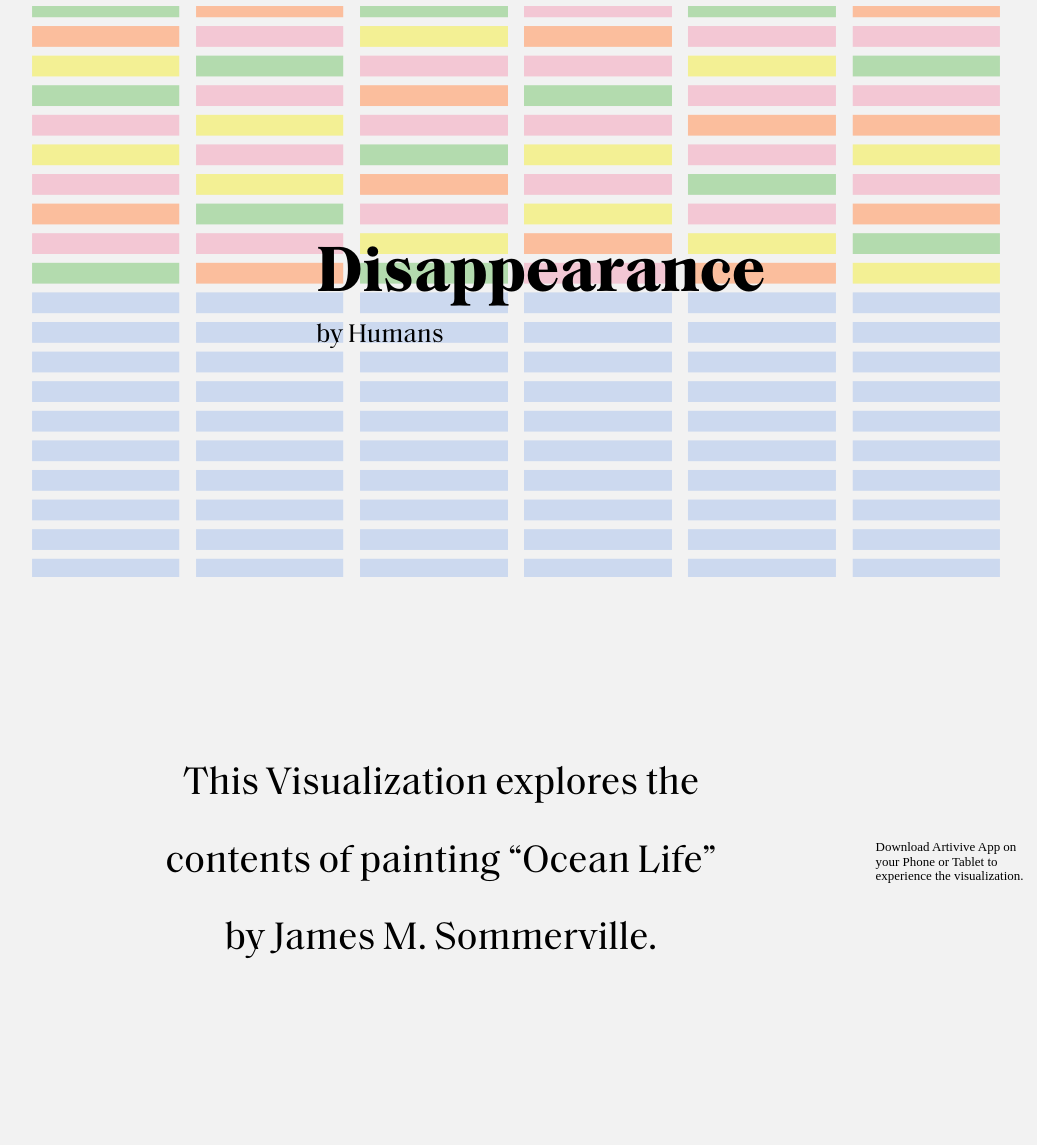
Repository: salonieshah/Major-Studio-1
Page: 4.Disappearance/index.html
The author's editor kept a record of every edit. The page is drawn from the files as they stood at one moment, then again after the next edit.
The browser window is 1280 px wide. The pictures show the part of the page from y = 0 to 1414 px (the page is 2850 px tall), at 81% of full size.
A picture or video elsewhere on the page could not be fetched, so the positions and the page height are approximate. Backgrounds fixed to the window are drawn as part of the page.

Above is the page before.

### 4.Disappearance/index.html
<html>
    <head>
        <link rel="stylesheet" href="styles/styles.css">
    </head>

    <body>
        <header>
            <div id = "cover" class = "fullscreen">
                <p> <span class = "title"> Disappearance </span> <br>
                <span class = "subtitle"> by Humans </span>  </p>
            </div>
        </header>

        <!--<div class = "fullscreen">-->
        <!--    <p class="explanation">-->
        <!--        According to a report published in the journal Current Biology, 87% of the World&rsquo;s Oceans are Dying.-->
        <!--    </p>-->
        <!--</div>-->
        <div>
            <div class = "fullscreen">
                <p class="explanation">
                    This Visualization explores the contents of painting &ldquo;Ocean Life&rdquo; by James M. Sommerville.
                </p>
                <p class = "notes">
                    Download Artivive App on your Phone or Tablet to experience the visualization.
                </p>
            </div>
            <a href="#video"> I don't want to download the app. </a>
        </div>

        <div class = "fullscreen">
            <p>
                Open Artivive App and Point the your camera towards the painting.
            </p>
            <img src="images/Original_Painting.jpg">
        </div>

        <div id = "video" class = "fullscreen">
           <iframe src="https://player.vimeo.com/video/378455260" width="100%" height="80%" frameborder="0" allow="autoplay; fullscreen" allowfullscreen></iframe>
        </div>
    </body>
</html>

### 4.Disappearance/styles/styles.css
body{
  background-color: #F2F2F2;
}

@font-face {
    font-family: "SaolText-Bold";
    src: url("SaolText-Bold.otf") format("opentype");
    font-size: 1em
    }

@font-face {
    font-family: "SaolText-Book";
    src: url("SaolText-Book.otf") format("opentype");
    font-size: 1em
    }


.fullscreen{
  width: 100%;
  height: 100%
}
.fullscreen{
  display: flex;
  justify-content: flex-start;
  flex-direction: row;
  align-items: center;
  justify-content: center;
}


header {
  width: 100%;
  height: 100%;
  padding:5%, 5%;
  background-image: url("../images/abstract.svg");
  background-position: center;
  background-repeat: no-repeat;
  background-attachment: fixed;
  background-size: cover;
  margin: none;
}

.headerStyle {
  display: flex;
  justify-content: flex-start;
  flex-direction: row;
}


.title{
  font-family:  "SaolText-Bold";
  font-size: 5em;
  padding: 5%;
  padding-bottom: 20%
}

.subtitle{
  font-family:  "SaolText-Book";
  font-size: 2em;
  padding: 5%;
  margin-bottom: 10%
}


iframe{
  padding-top: 5%
}

.explanation{
  font-family:  "SaolText-Book";
  font-size: 3em;
  text-align: center;
  padding-left: 15%;
  padding-right: 15%;
  line-height: 2em;
}

After the next edit:
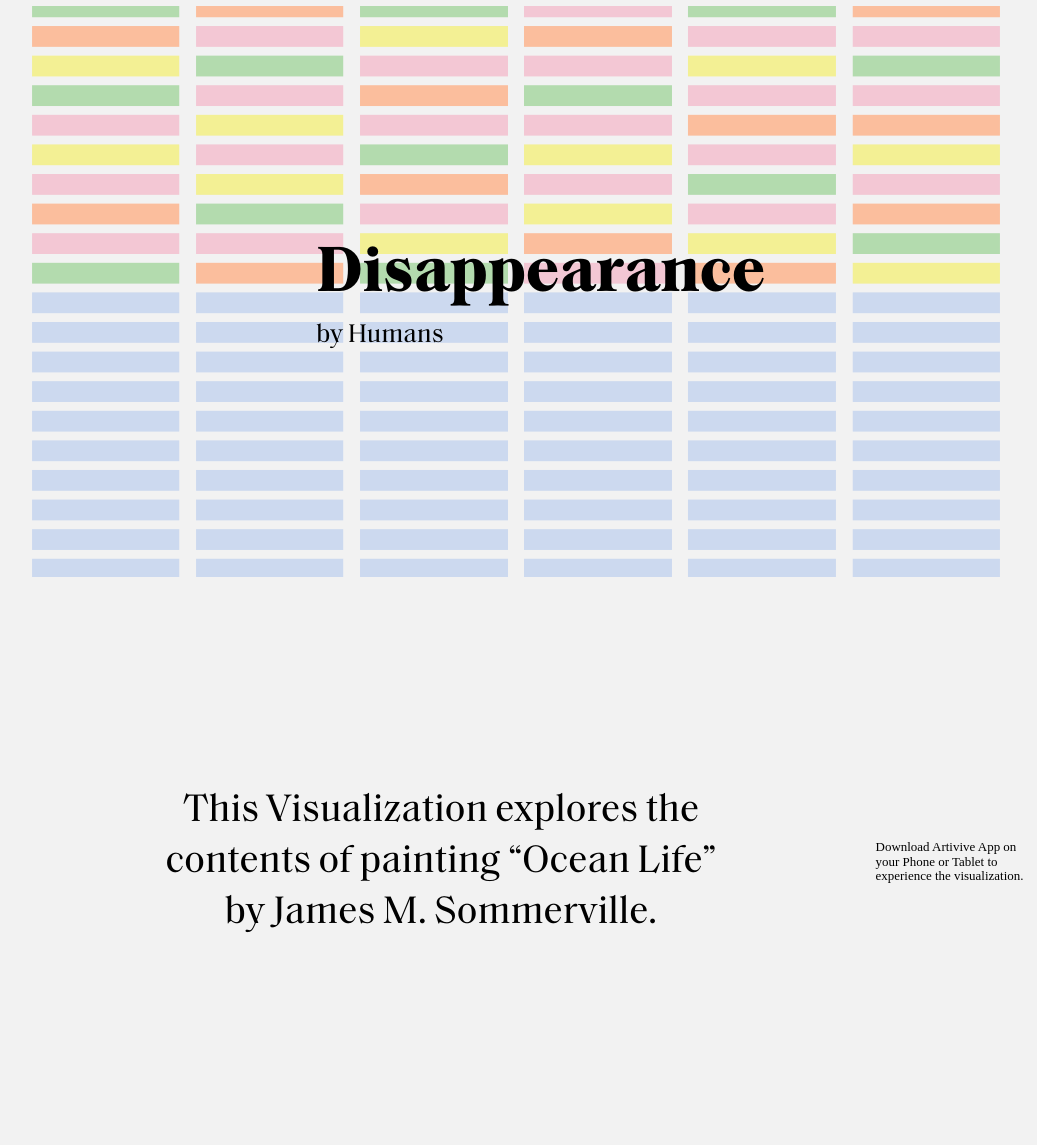
The edit:
--- a/4.Disappearance/styles/styles.css
+++ b/4.Disappearance/styles/styles.css
@@ -72,5 +72,5 @@
   text-align: center;
   padding-left: 15%;
   padding-right: 15%;
-  line-height: 2em;
+  /*line-height: 3em;*/
 }
